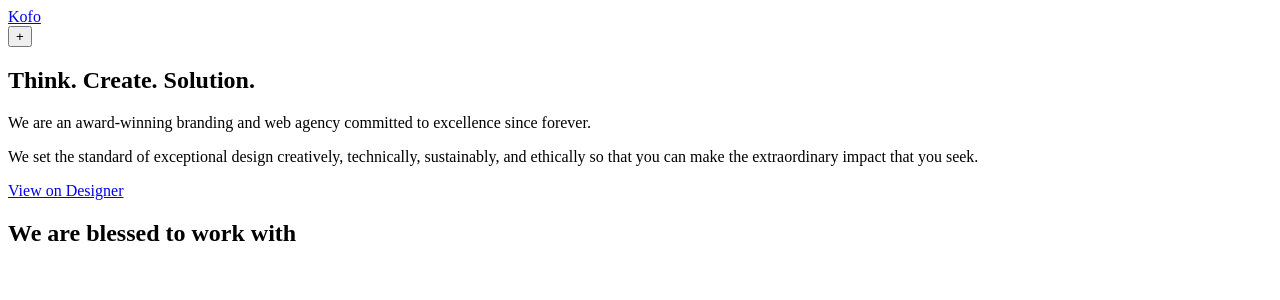
Repository: debthebuilder/kofo
Page: index.html
The author's editor kept a copy of each file at every save. The page is drawn from the files as they stood at one save, then again after the next save.
The browser window is 1280 px wide. The pictures show the whole page.

Above is the page before, as saved 2022-10-13 11:29:24.

After the next save:
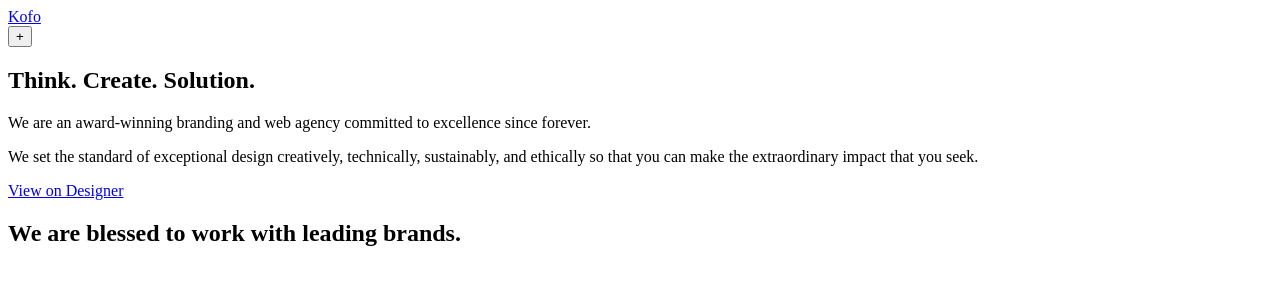
Saved 5 s later.
--- a/index.html
+++ b/index.html
@@ -38,7 +38,7 @@
     </section>
     <!--Partner Brands-->
     <section>
-        <h2>We are blessed to work with</h2>
+        <h2>We are blessed to work with leading brands.</h2>
     </section>
     <!--What we do-->
     <!--Portfolio-->
